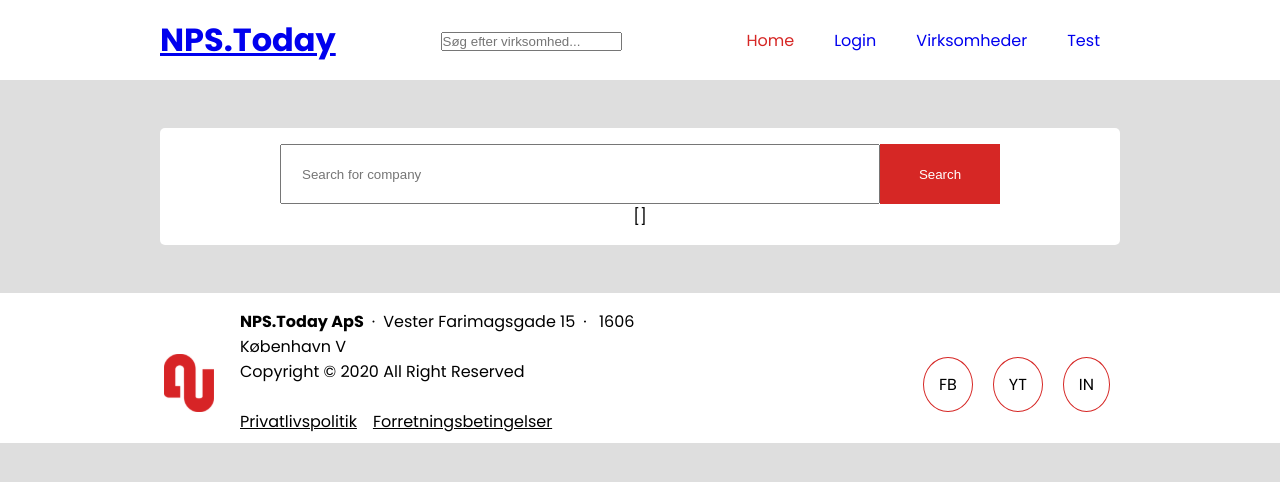
Repository: Shaydx/reviews
Page: /
The author's editor kept a copy of each file at every save. The page is drawn from the files as they stood at one save, then again after the next save.
The browser window is 1280 px wide. The pictures show the whole page.
The page's requests for data from a server got no answer. The project was rebuilt for these pictures with package versions that can differ from the ones it lists, and the page was loaded fresh each time. No one was signed in, and anything a server would have sent is missing. Also part of the build but not shown: src/components/Analytics/Analytics.js, src/components/Response/Response.jsx, src/components/Response/ResponseContainer.jsx, src/components/Sidebars/Sidebar.js, src/components/Sidebars/Sidebars.js, src/pages/Audika.js, src/pages/Login.js, src/pages/Virksomheder.js.

Above is the page before, as saved 2020-10-16 17:20:12.

After the next save:
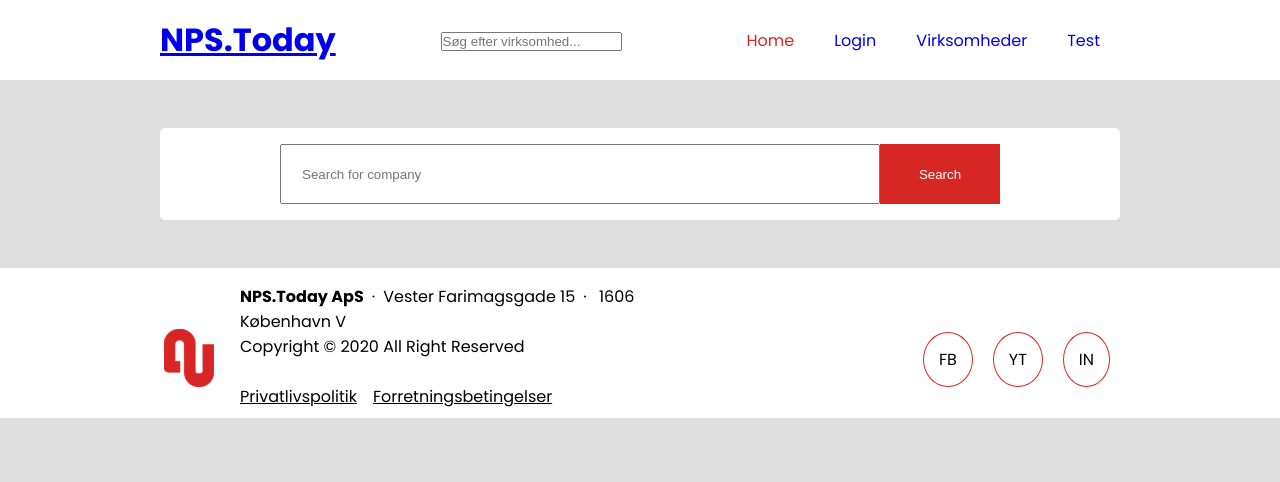
Saved 45 s later.
--- a/src/components/Search/Search.jsx
+++ b/src/components/Search/Search.jsx
@@ -48,7 +48,7 @@
               </button>
             </div>
             <div className="form-group">
-                {JSON.stringify(this.state.searchResult)}
+                {JSON.stringify(this.state.searchResult.reviewName)}
             </div>
           </div>
         </div>

After the save that followed:
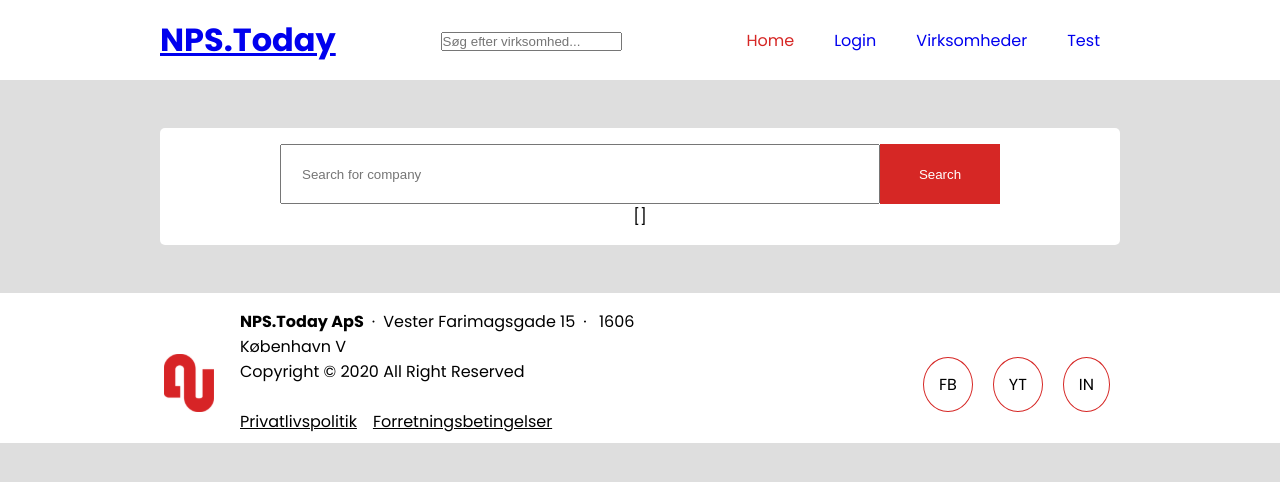
Saved 15 s later.
--- a/src/components/Search/Search.jsx
+++ b/src/components/Search/Search.jsx
@@ -48,7 +48,7 @@
               </button>
             </div>
             <div className="form-group">
-                {JSON.stringify(this.state.searchResult.reviewName)}
+                {JSON.stringify(this.state.searchResult)}
             </div>
           </div>
         </div>
